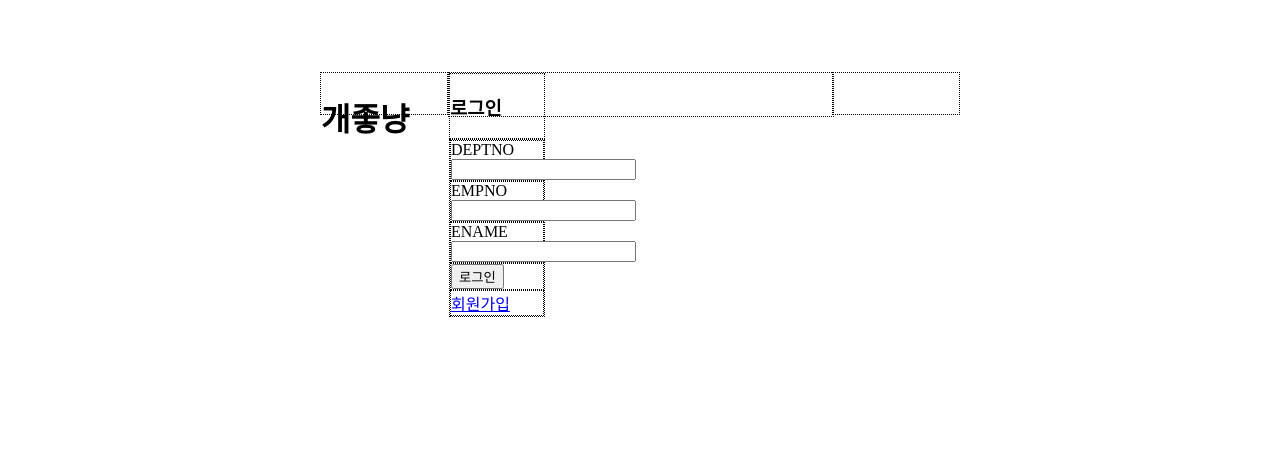
Repository: rmsgh2392/jee-company
Page: http://localhost/company/facade.do
The author's editor kept a copy of each file at every save. The page is drawn from the files as they stood at one save, then again after the next save.
The browser window is 1280 px wide. The pictures show the whole page.
The page is served by Tomcat 9. Other server files are loaded and not shown.

Above is the page before, as saved 2019-10-07 10:46:08.

### company/WebContent/WEB-INF/views/facade/main.jsp
<%@ page language="java" contentType="text/html; charset=UTF-8"
    pageEncoding="UTF-8"%>
<%@taglib prefix="e" uri="http://java.sun.com/jsp/jstl/core"%>
<jsp:include page="../common/head.jsp"/>
<div class="container">
	<div><h1 id="main_text">개좋냥</h1></div>
	<div class="content">
	<e:choose>
		<e:when test="${page eq 'login'}">
			<jsp:include page="login.jsp"/>
		</e:when>
		<e:when test="${page eq 'join'}">
			<jsp:include page="join.jsp"/>
		</e:when>
		<e:when test="${page eq 'mypage'}">
			<jsp:include page="mypage.jsp"/>
		</e:when>
	</e:choose>
</div>
<div>
</div>
</div>
<script>
app.init('${ctx}');
</script>
<jsp:include page="../common/foot.jsp"/>

### company/WebContent/WEB-INF/views/common/head.jsp
<%@ page language="java" contentType="text/html; charset=UTF-8"
    pageEncoding="UTF-8"%>
<!DOCTYPE html>
<html>
<head>
<meta charset="UTF-8">
<title>Insert title here</title>
<script src="${js}/jquery.js"></script>
<link rel="stylesheet" type="text/css" href="${css}/style.css"/></link>
<script src="${js}/app.js"></script>
</head>
<body>
<div class="wrapper" style="width:100%; height:100%">
<div></div> <div></div> <div></div>
<div></div>

### company/WebContent/WEB-INF/views/facade/login.jsp
<%@ page language="java" contentType="text/html; charset=UTF-8"
    pageEncoding="UTF-8"%>
<form id="login_form">
	<div><h3 id="join_text">로그인</h3></div>
	<div class = "login_spac">
		<div id="text">
			DEPTNO <input id="deptname" class="login_text" type="text" name="deptNo"/>
		</div>
		<div id="text">
			EMPNO <input id="username" class="login_text" type="text" name="empNo"/>
		</div>
		<div id="text">
			ENAME <input id="userpw" class="login_text" type="text" name="ename"/>
		</div>
		<div>
			<input id="login_btn" type="button" value="로그인"/>
		</div>
		<div>
			<a id="a_join" href="#">회원가입</a>
		</div>
		<input type="hidden" name="action" value="login"/>
		<input type="hidden" name="page" value="mypage"/>
	</div>
</form>
<script>
app.init('${ctx}');
</script>

### company/WebContent/WEB-INF/views/common/foot.jsp
<%@ page language="java" contentType="text/html; charset=UTF-8"
    pageEncoding="UTF-8"%>
<div></div>
<div></div> <div></div> <div></div>
  </div>
</body>
</html>

### company/src/com/company/web/controllers/FacadeController.java
package com.company.web.controllers;

import java.io.IOException;
import javax.servlet.ServletException;
import javax.servlet.annotation.WebServlet;
import javax.servlet.http.HttpServlet;
import javax.servlet.http.HttpServletRequest;
import javax.servlet.http.HttpServletResponse;

import com.company.web.pool.Constants;

@WebServlet("/facade.do")
public class FacadeController extends HttpServlet {
	private static final long serialVersionUID = 1L;

	enum Resources{
		CTX, CSS, JS
	}
	protected void doGet(HttpServletRequest request, HttpServletResponse response) throws ServletException, IOException {
		for(Resources r : Resources.values()) {
			if(r.toString().toLowerCase().equals("ctx")) {
				request.getSession().setAttribute(r.toString().toLowerCase(), request.getContextPath());
			}else {
				request.getSession().setAttribute(r.toString().toLowerCase(), request.getContextPath() + "/resources/" + r.toString().toLowerCase());

			}

		}
		if(request.getParameter("page")==null) {
			request.setAttribute("page", "login");
		}else {
			request.setAttribute("page", request.getParameter("page"));
		}
		request.getRequestDispatcher
		(String.format(Constants.DOUBLE_PATH
				,request.getServletPath().substring(1,request.getServletPath().indexOf(".")),"main"))
		.forward(request, response);

	}

}

### company/WebContent/resources/css/style.css
@charset "UTF-8";
html, body{
	margin: 0;
	height: 100%;
	overflow: hidden;
}
.wrapper{
	display : grid;
	width: 100%;
	height:100%;
	grid-template-columns : 25% 50% 25%;
	grid-template-rows : 10% 60% 30%
}
.container{
	display : grid;
	width: 100%;
	height:100%;
	grid-template-columns: 20% 60% 20%;
	grid-template-rows : 10% 60% 10%;
}
.content{
	display : grid;
	width: 100%;
	height:100%;
	grid-template-columns: 25% 50% 25%;
	grid-template-rows : 10% 60% 30%;

}
#main_text{width : 200px; ,margin: 0 auto}
.join_spac{
	display : grid;
	width: 70%;
	height:80%;
	grid-template-columns: 30% 20% 50%;
	grid-template-rows : 11% 11% 11% 11% 11% 11% 11% 11% 12%;
}
.container div{border : 1px dotted black}
#login_form{width:100%;height:100%}
#login_tab div{border : 1px solid black;}

### company/WebContent/resources/js/app.js
var app = (()=>{
	return {
		init : (ctx)=>{
			employeeService.login(ctx);
			employeeService.join(ctx);
			employeeService.moveJoin(ctx);

		}

	};

})();

var player = (()=>{
	var _empNo,_ename,_job,_mgr,_hireDate,_sal,_comm,_deptNo;

	var setDeptNo = (deptNo)=>{this.deptNo = deptNo;}
	var setEmpNo = (empNo)=>{this.empNo = empNo;}
	var setEname = (ename)=>{this.ename = ename;}
	var getDeptNo = ()=>{return this._deptNo;}
	var getEmpNo = ()=>{return this. _empNo;}
	var getEname = ()=>{return this._ename;}
	return {
		setDeptNo : setDeptNo,
		setEmpNo  :  setEmpNo ,
		setEname : setEname,
		getDeptNo : getDeptNo,
		getEmpNo : getEmpNo,
		getEname : getEname
	};
})();

var employeeService = (()=>{
	return {
		login : (ctx)=>{
			$('#login_btn').click(()=>{
				if($('#username').val()===''||$('#userpw').val()===''||$('#deptname').val()===''){
					alert('필수값이 없습니다.');
				}else{
					/*alert('입력한 값 아이디'+$('#username').val());*/
					$('#login_form').attr('action',ctx+'/company.do');
					$('#login_form').attr('method','GET');
					$('#login_form').submit();
				}

			});
		},
		join: (ctx)=>{
			$('#join_btn').click(()=>{
				if($('#join_empNo').val()===''||$('#join_ename').val()===''){
					alert('필수값이 없습니다.');
				}else{
					/*alert('입력한 값 아이디'+$('#join_empNo').val());*/
					$('#join_form').attr('action',ctx+'/company.do');
					$('#join_form').attr('method','GET');
					$('#join_form').submit();
				}
			});
		},
		moveJoin : (ctx)=>{
			$('#a_join').click(()=>{

				location.assign(ctx+'/facade.do?page=join')
			});
		},


		search: (ctx)=>{
			$('#find2').click(()=>{
				location.assign(ctx+'/player.do?action=search&page=a_position');
			});

			$('#find4').click(()=>{
				location.assign(ctx+'/player.do?action=search&page=4_find_by_teamid_position');

			});

		}

	};
})();

Loaded but not shown: company/WebContent/resources/js/jquery.js (library)

After the next save:
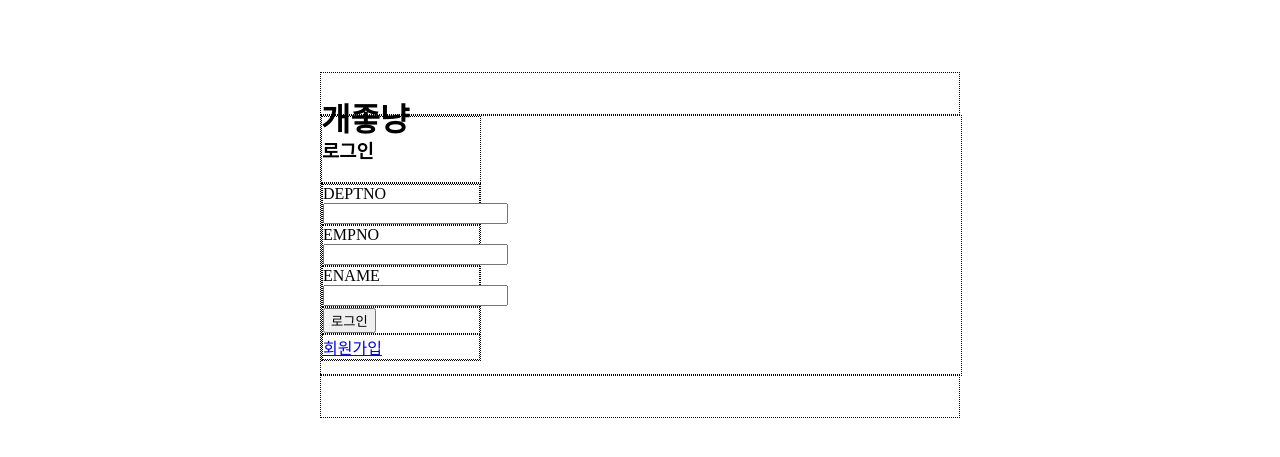
Saved 17 s later.
--- a/company/WebContent/resources/css/style.css
+++ b/company/WebContent/resources/css/style.css
@@ -15,7 +15,6 @@ html, body{
 	display : grid;
 	width: 100%;
 	height:100%;
-	grid-template-columns: 20% 60% 20%;
 	grid-template-rows : 10% 60% 10%;
 }
 .content{
